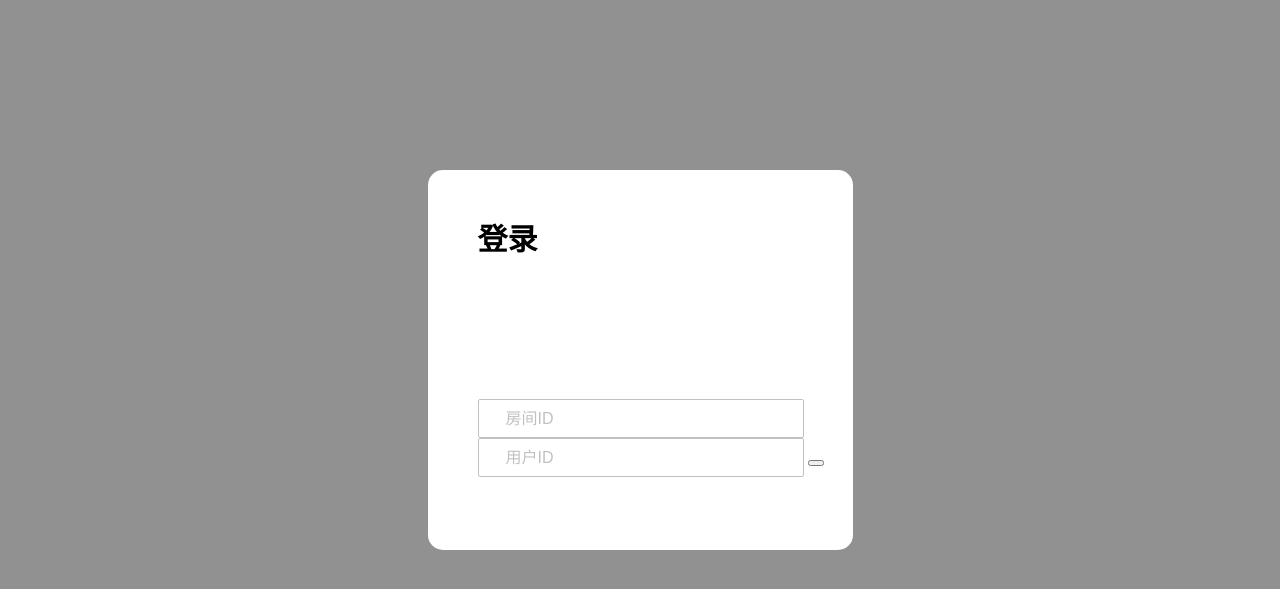
Repository: sjtu-course/homework
Page: GongZening/Week2/Web/LoginPage.html
The author's editor kept a copy of each file at every save. The page is drawn from the files as they stood at one save, then again after the next save.
The browser window is 1280 px wide. The pictures show the whole page.

Above is the page before, as saved 2020-11-07 17:09:55.

### GongZening/Week2/Web/LoginPage.html
<!DOCTYPE html>
<html>
    <head>
        <meta charset="utf-8">
        <title>LoginPage</title>
        <style>
            input::-webkit-input-placeholder{
                color:#c1c1c1;
                font-size: 16px;
                padding-left: 25px;
            }
        </style>
        <link rel="stylesheet" type="text/css" href="css/Round_Rect.css" />
        <link rel="stylesheet" type="text/css" href="css/login.css" />
        <link rel="stylesheet" type="text/css" href="css/Edit_Text.css" />
    </head>

    <body style="background-color: #919191;">
        <div id="round_rect">
            <h1 id="login">登录</h1>
            <input type="text" class="edit_text" placeholder="房间ID" style="margin-top: 120px;">
            <input type="text" class="edit_text" placeholder="用户ID" >
            <button ></button>
        </div>
    </body>
</html>

### GongZening/Week2/Web/css/Round_Rect.css
@charset "utf-8";
#round_rect{
	width: 425px;
	height: 380px;
	background-color: white;
	/* 圆角大小 */
	border-radius: 15px;
	/* 位置居中 */
	position: absolute;
	margin: auto;
	top: 0;
	right: 0;
	left: 0;
	bottom: 0;
}

### GongZening/Week2/Web/css/login.css
@charset "utf-8";
#login{
    font-size: 30px;
    color: black;
    margin-top: 45px;
    margin-left: 50px;
}

### GongZening/Week2/Web/css/Edit_Text.css
@charset "utf-8";
.edit_text{
    width: 320px;
    height: 35px;
    margin-left: 50px;
    border-radius: 2px;
    border:1px solid #c1c1c1;
    font-size: 16px;
}

After the next save:
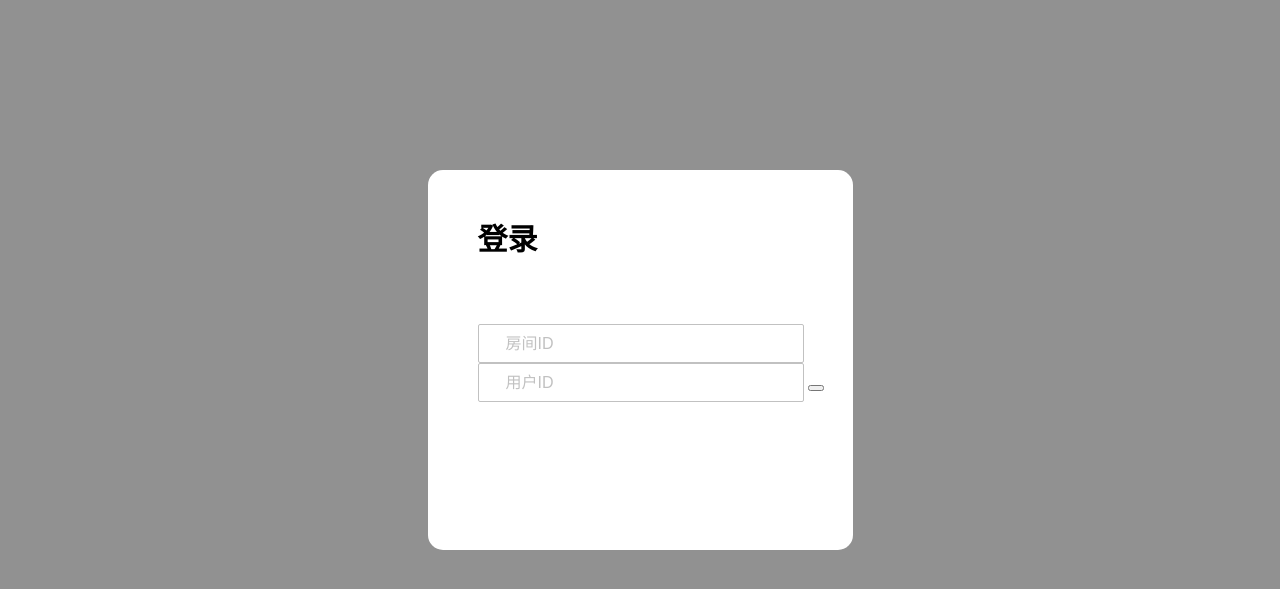
Saved 11 s later.
--- a/GongZening/Week2/Web/LoginPage.html
+++ b/GongZening/Week2/Web/LoginPage.html
@@ -18,7 +18,7 @@
     <body style="background-color: #919191;">
         <div id="round_rect">
             <h1 id="login">登录</h1>
-            <input type="text" class="edit_text" placeholder="房间ID" style="margin-top: 120px;">
+            <input type="text" class="edit_text" placeholder="房间ID" style="margin-top: 45px;">
             <input type="text" class="edit_text" placeholder="用户ID" >
             <button ></button>
         </div>
